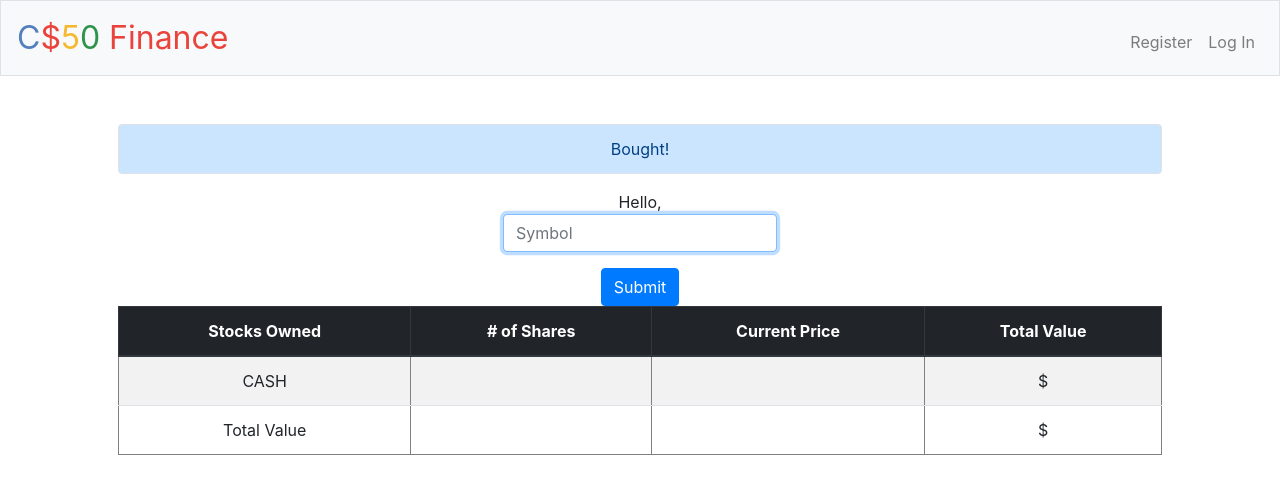
Repository: veeSauce/cs50
Page: pset8/finance/templates/index.html
The author's editor kept a record of every edit. The page is drawn from the files as they stood at one moment, then again after the next edit.
The browser window is 1280 px wide. The pictures show the whole page.
The template is drawn by Flask 3. The application's start-up code is not run. Other server files are loaded and not shown. The template is opened directly, without the code that normally fills it, so the values that code supplies are empty.

Above is the page before.

### pset8/finance/templates/index.html
{% extends "layout.html" %}
{% block main %}
    <div class="alert alert-primary border text-center" role="alert"> Bought! </div>

    <table id="table" class="table table-striped" style="width:100%" border="1">

      <thead class="thead-dark"> Hello, {{user}}

        <tr>
          <th scope="col" name="stockSymbol" value="">Stocks Owned</th>
          <th scope="col"># of Shares</th>
          <th scope="col">Current Price</th>
          <th scope="col">Total Value</th>
        </tr>
      </thead>

        {% for stock in stocks %}
            <tr>
                <td id=stockName>{{stock["symbol"]}}</td>
                <td>{{stock["shares"]}}</td>
                <td>{{stock["price"]}}</td>
                <td>${{stock["total"]}}</td>
            </tr>

        {% endfor %}

        <tr>
                <td>CASH</td>
                <td></td>
                <td></td>
                <td id=cash>${{ cash }}</td>
        </tr>

        <tr>
                <td>Total Value</td>
                <td></td>
                <td></td>
                <td id=cash>${{ totalValue }}</td>
        </tr>

     <tbody>

    <form action="/addCash" method="post">
        <div class="form-group">
            <input autocomplete="off" autofocus class="form-control" name="symbol" placeholder="Symbol" type="text" required>
        </div>
        <button class="btn btn-primary" type="submit">Submit</button>
    </form>

{% endblock %}

### pset8/finance/templates/layout.html
<!DOCTYPE html>

<html lang="en">

    <head>

        <!-- Required meta tags -->
        <meta charset="utf-8">
        <meta name="viewport" content="width=device-width, initial-scale=1, shrink-to-fit=no">

        <!-- documentation at http://getbootstrap.com/docs/4.1/, alternative themes at https://bootswatch.com/ -->
        <link href="https://maxcdn.bootstrapcdn.com/bootstrap/4.1.3/css/bootstrap.min.css" rel="stylesheet">

        <!-- https://favicon.io/emoji-favicons/money-mouth-face/ -->
        <link href="/static/favicon.ico" rel="icon">

        <link href="/static/styles.css" rel="stylesheet">
        <link href="/static/cassette.css" rel="stylesheet">

        <script src="https://code.jquery.com/jquery-3.3.1.min.js"></script>
        <script src="https://cdnjs.cloudflare.com/ajax/libs/popper.js/1.14.3/umd/popper.min.js"></script>
        <script src="https://maxcdn.bootstrapcdn.com/bootstrap/4.1.3/js/bootstrap.min.js"></script>
        <script src="https://cdnjs.cloudflare.com/ajax/libs/gsap/2.1.2/TweenMax.min.js"></script>

        <title>C$50 Finance: {% block title %}{% endblock %}</title>

    </head>

    <body>

        <nav class="navbar navbar-expand-md navbar-light bg-light border">
            <a class="navbar-brand" href="/"><span class="blue">C</span><span class="red">$</span><span class="yellow">5</span><span class="green">0</span> <span class="red">Finance</span></a>
            <button aria-controls="navbar" aria-expanded="false" aria-label="Toggle navigation" class="navbar-toggler" data-target="#navbar" data-toggle="collapse" type="button">
                <span class="navbar-toggler-icon"></span>
            </button>
            <div class="collapse navbar-collapse" id="navbar">
                {% if session.user_id %}
                    <ul class="navbar-nav mr-auto mt-2">
                        <li class="nav-item"><a class="nav-link" href="/quote">Quote</a></li>
                        <li class="nav-item"><a class="nav-link" href="/buy">Buy</a></li>
                        <li class="nav-item"><a class="nav-link" href="/sell">Sell</a></li>
                        <li class="nav-item"><a class="nav-link" href="/history">History</a></li>
                    </ul>
                    <ul class="navbar-nav ml-auto mt-2">
                        <li class="nav-item"><a class="nav-link" href="/logout">Log Out</a></li>
                    </ul>
                {% else %}
                    <ul class="navbar-nav ml-auto mt-2">
                        <li class="nav-item"><a class="nav-link" href="/register">Register</a></li>
                        <li class="nav-item"><a class="nav-link" href="/login">Log In</a></li>
                    </ul>
                {% endif %}
            </div>
        </nav>

        {% if get_flashed_messages() %}
            <header>
                <div class="alert alert-primary border text-center" role="alert">
                    {{ get_flashed_messages() | join(" ") }}
                </div>
            </header>
        {% endif %}

        <main class="container p-5">
            {% block main %}{% endblock %}
        </main>

        <!--<footer class="small text-center text-muted" disabled>
            Data provided for free by <a href="https://iextrading.com/developer">IEX</a>. View <a href="https://iextrading.com/api-exhibit-a/">IEX’s Terms of Use</a>.
        </footer>
        !-->

    </body>

</html>

Loaded but not shown: pset8/finance/static/styles.css (common file); pset8/finance/static/cassette.css (common file)

After the next edit:
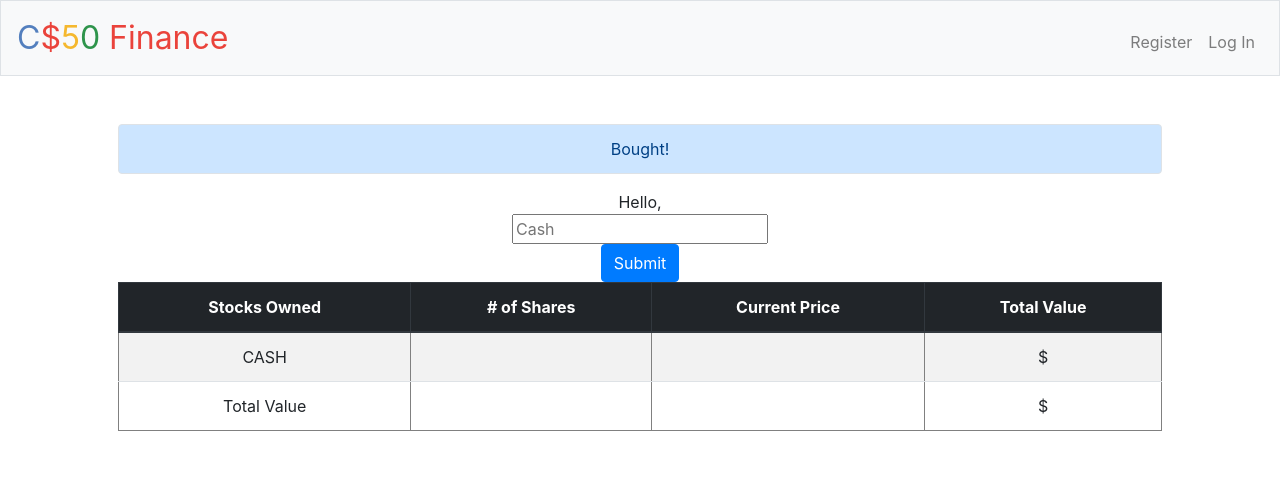
The edit:
--- a/pset8/finance/templates/index.html
+++ b/pset8/finance/templates/index.html
@@ -41,8 +41,8 @@
      <tbody>
 
     <form action="/addCash" method="post">
-        <div class="form-group">
-            <input autocomplete="off" autofocus class="form-control" name="symbol" placeholder="Symbol" type="text" required>
+        <div class="center-block">
+            <input autocomplete="off" name="cash" placeholder="Cash" type="number">
         </div>
         <button class="btn btn-primary" type="submit">Submit</button>
     </form>
